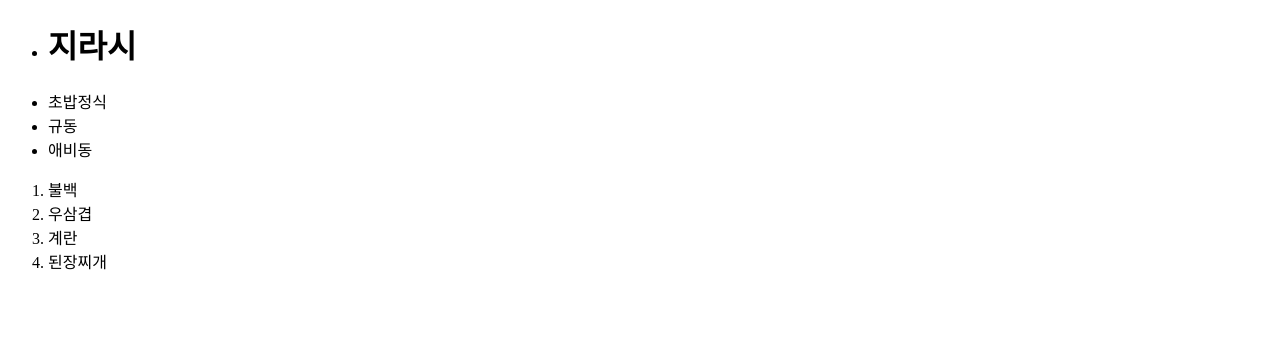
Repository: shouvoo/bitAcademy
Page: work/jsp/htmlProj/WebContent/basic/list.html
These files come from the project's save history. The page is drawn as it stood at one moment and after the next save; the edit follows.
The browser window is 1280 px wide. The pictures show the whole page.

Above is the page before, as saved 2017-09-25 07:28:38.

After the next save:
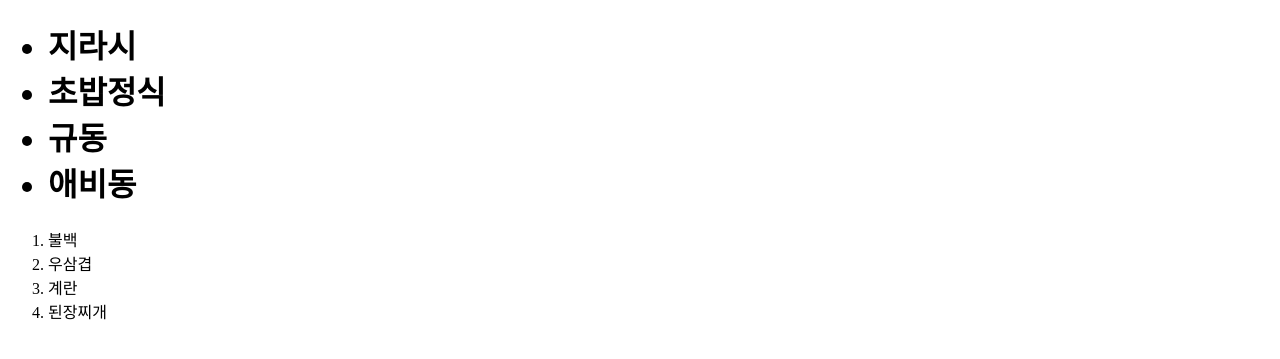
Saved 11 s later.
--- a/work/jsp/htmlProj/WebContent/basic/list.html
+++ b/work/jsp/htmlProj/WebContent/basic/list.html
@@ -7,10 +7,10 @@
 
 	<body>
 		<ul>
-			<li><h1>지라시</h1></li>
+			<h1><li>지라시</li>
 			<li>초밥정식</li>
 			<li>규동</li>
-			<li>애비동</li>
+			<li>애비동</li></h1>
 		</ul>
 
 		<ol>
